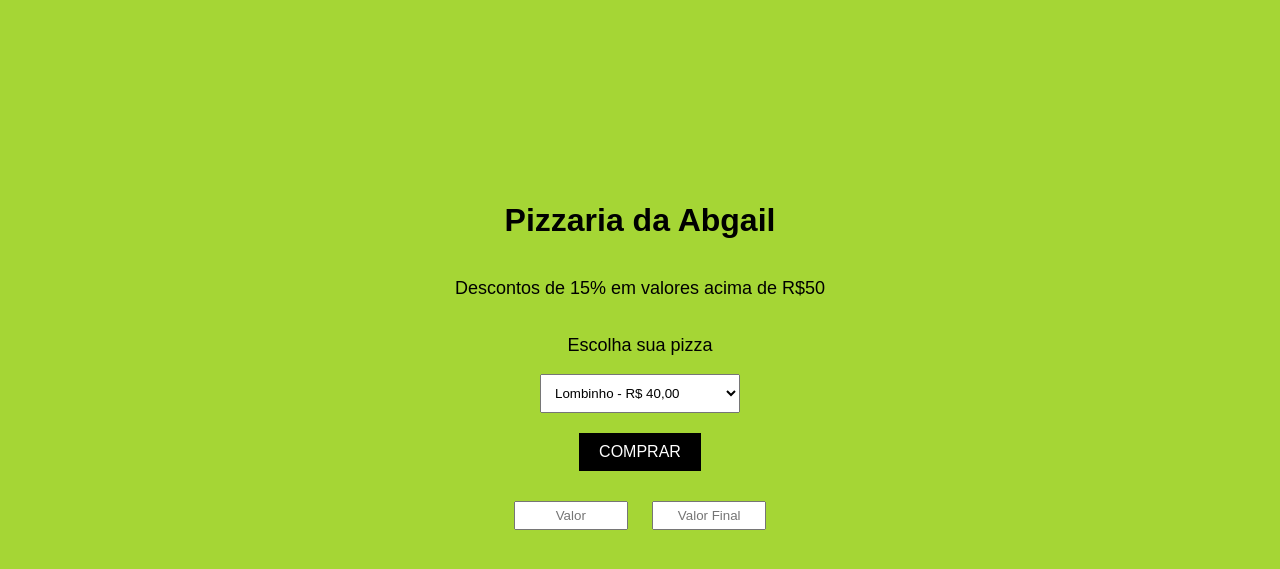
Repository: Gabrielb0rn/JavaScript-HTML.io
Page: atividade 10/index.html
These files come from the project's save history. The page is drawn as it stood at one moment and after a run of saves; the edit follows.
The browser window is 1280 px wide. The pictures show the whole page.

Above is the page before, as saved 2024-07-04 11:28:42.

### atividade 10/index.html
<!DOCTYPE html>
<html lang="pt-BR">
<head>
    <meta charset="UTF-8">
    <meta name="viewport" content="width=device-width, initial-scale=1.0">
    <title>Pizzaria da Abgail</title>
    <link rel="stylesheet" href="assets/style.css">
    <style>
        body {
            font-family: Arial, sans-serif;
            display: flex;
            flex-direction: column;
            align-items: center;
            justify-content: center;
            background-color: #a5d635;
            height: 100vh;
            margin: 0;
        }

        h1 {
            color: #000;
        }

        p {
            color: #000;
            font-size: 18px;
        }

        select {
            width: 200px;
            padding: 10px;
            margin-bottom: 20px;
        }

        button {
            background-color: #000;
            color: white;
            border: none;
            padding: 10px 20px;
            cursor: pointer;
            font-size: 16px;
        }

        button:hover {
            background-color: #333;
        }

        .output {
            margin-top: 20px;
        }

        input[type="text"] {
            width: 100px;
            text-align: center;
            margin: 10px;
        }
    </style>
</head>
<body>
    <h1>Pizzaria da Abgail</h1>
    <p>Descontos de 15% em valores acima de R$50</p>
    <p>Escolha sua pizza</p>
    <select id="pizza">
        <option value="lombinho">Lombinho - R$ 40,00</option>
        <option value="calabresa">Calabresa - R$ 35,00</option>
        <option value="portuguesa">Portuguesa - R$ 45,00</option>
        <option value="camarao">Camarão - R$ 60,00</option>
    </select>
    <button onclick="comprar()">COMPRAR</button>
    <div class="output">
        <input type="text" id="valor" placeholder="Valor" readonly>
        <input type="text" id="valorFinal" placeholder="Valor Final" readonly>
    </div>

    <script src="assets/scripts.js"></script>
</body>
</html>

### atividade 10/assets/style.css
body {
    font-family: Arial, sans-serif;
    display: flex;
    flex-direction: column;
    align-items: center;
    justify-content: center;
    height: 100vh;
    background-color: #f0f0f0;
    margin: 0;
}
h1 {
    color: #333;
}
label {
    margin: 10px 0 5px;
}
input {
    padding: 5px;
    margin-bottom: 10px;
    width: 200px;
}
button {
    padding: 10px 20px;
    background-color: #4CAF50;
    color: white;
    border: none;
    cursor: pointer;
    font-size: 16px;
}
button:hover {
    background-color: #45a049;
}
#resultado {
    margin-top: 20px;
    font-size: 18px;
    color: #333;
}

### atividade 10/assets/scripts.js
const precos = {
    lombinho: 40,
    calabresa: 35,
    portuguesa: 45,
    camarao: 60
};

function comprar() {
    const pizzaSelecionada = document.getElementById('pizza').value;
    const valor = precos[pizzaSelecionada];
    let valorFinal = valor;

    if (valor > 50) {
        valorFinal = valor * 0.85;
    }

    document.getElementById('valor').value = `R$ ${valor.toFixed(2)}`;
    document.getElementById('valorFinal').value = `R$ ${valorFinal.toFixed(2)}`;
}

After the next 2 saves:
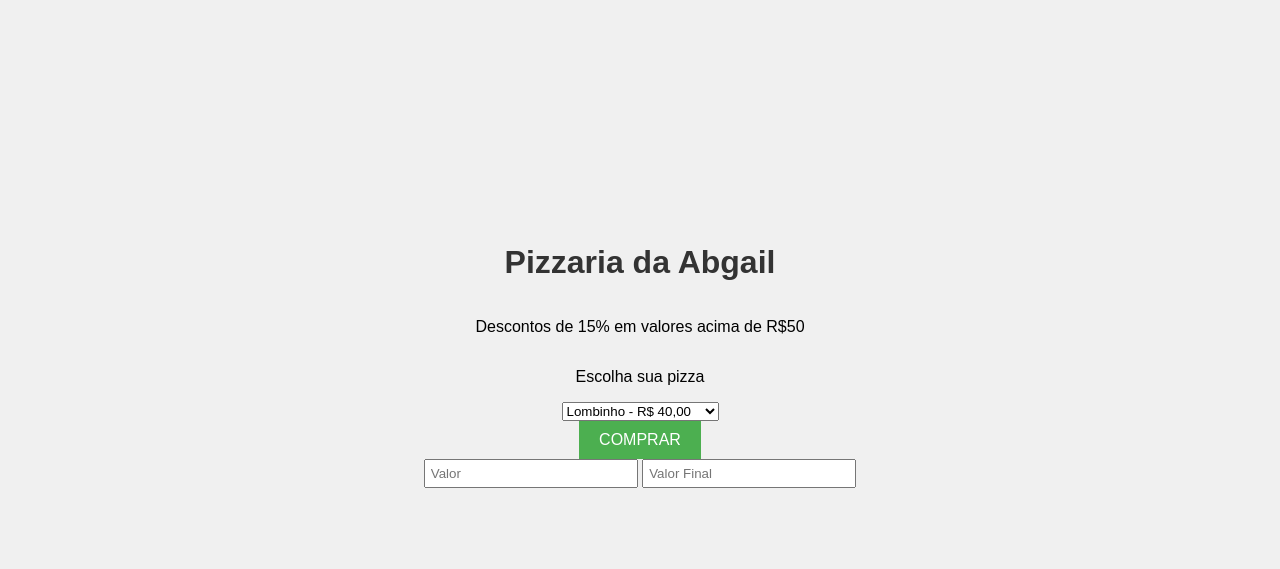
The 2 saves are shown as one change because they came seconds apart.
The last was saved 7 s later.
--- a/atividade 10/index.html
+++ b/atividade 10/index.html
@@ -5,56 +5,6 @@
     <meta name="viewport" content="width=device-width, initial-scale=1.0">
     <title>Pizzaria da Abgail</title>
     <link rel="stylesheet" href="assets/style.css">
-    <style>
-        body {
-            font-family: Arial, sans-serif;
-            display: flex;
-            flex-direction: column;
-            align-items: center;
-            justify-content: center;
-            background-color: #a5d635;
-            height: 100vh;
-            margin: 0;
-        }
-
-        h1 {
-            color: #000;
-        }
-
-        p {
-            color: #000;
-            font-size: 18px;
-        }
-
-        select {
-            width: 200px;
-            padding: 10px;
-            margin-bottom: 20px;
-        }
-
-        button {
-            background-color: #000;
-            color: white;
-            border: none;
-            padding: 10px 20px;
-            cursor: pointer;
-            font-size: 16px;
-        }
-
-        button:hover {
-            background-color: #333;
-        }
-
-        .output {
-            margin-top: 20px;
-        }
-
-        input[type="text"] {
-            width: 100px;
-            text-align: center;
-            margin: 10px;
-        }
-    </style>
 </head>
 <body>
     <h1>Pizzaria da Abgail</h1>

After the save that followed:
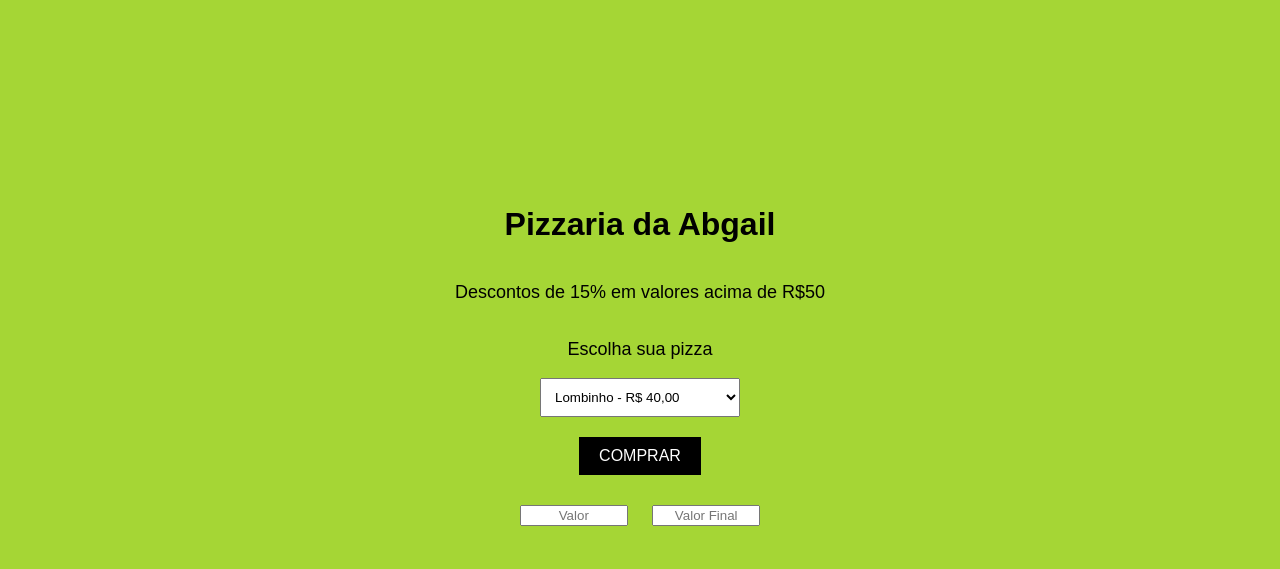
Saved 2 s later.
--- a/atividade 10/assets/style.css
+++ b/atividade 10/assets/style.css
@@ -4,34 +4,45 @@ body {
     flex-direction: column;
     align-items: center;
     justify-content: center;
+    background-color: #a5d635;
     height: 100vh;
-    background-color: #f0f0f0;
     margin: 0;
 }
+
 h1 {
-    color: #333;
+    color: #000;
 }
-label {
-    margin: 10px 0 5px;
+
+p {
+    color: #000;
+    font-size: 18px;
 }
-input {
-    padding: 5px;
-    margin-bottom: 10px;
+
+select {
     width: 200px;
+    padding: 10px;
+    margin-bottom: 20px;
 }
+
 button {
-    padding: 10px 20px;
-    background-color: #4CAF50;
+    background-color: #000;
     color: white;
     border: none;
+    padding: 10px 20px;
     cursor: pointer;
     font-size: 16px;
 }
+
 button:hover {
-    background-color: #45a049;
+    background-color: #333;
 }
-#resultado {
+
+.output {
     margin-top: 20px;
-    font-size: 18px;
-    color: #333;
 }
+
+input[type="text"] {
+    width: 100px;
+    text-align: center;
+    margin: 10px;
+}
